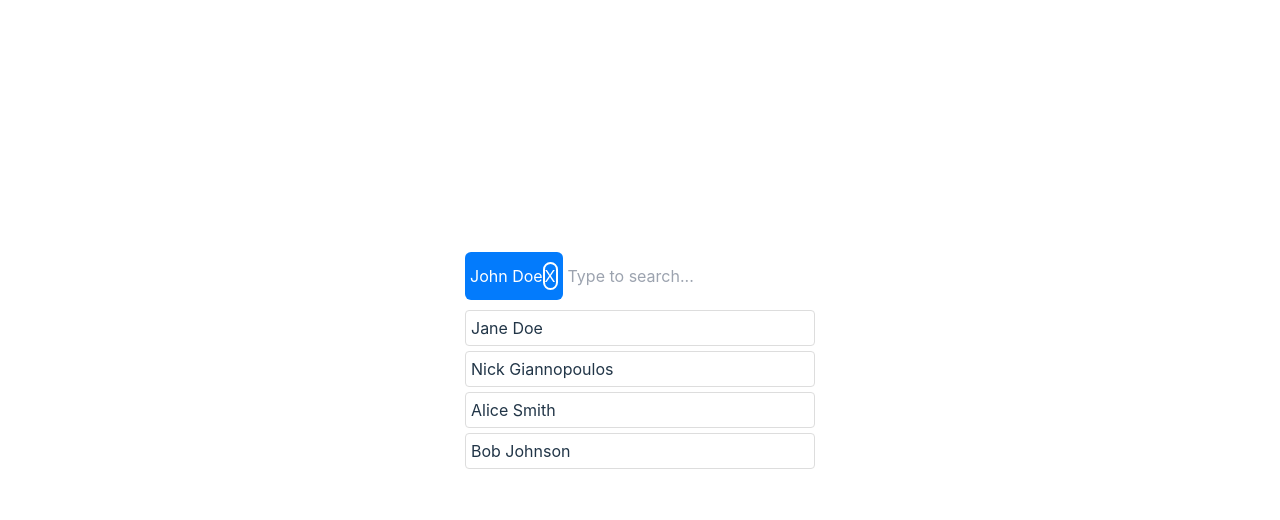
Repository: Ayansaxena24/Chip
Page: /, after clicking the first element matching `li`
The author's editor kept a copy of each file at every save. The page is drawn from the files as they stood at one save, then again after the next save.
The browser window is 1280 px wide. The pictures show the whole page.
Some web libraries are served in a nearby version. The project was rebuilt for these pictures with package versions that can differ from the ones it lists, and the page was loaded fresh each time. Also part of the build but not shown: vite.config.ts.

Above is the page before, as saved 2024-01-16 03:09:55.

### index.html
<!doctype html>
<html lang="en">
  <head>
    <meta charset="UTF-8" />
    <link rel="icon" type="image/svg+xml" href="/vite.svg" />
    <meta name="viewport" content="width=device-width, initial-scale=1.0" />
    <script src="https://cdn.tailwindcss.com"></script>    <title>Vite + React + TS</title>
  </head>
  <body>
    <div id="root"></div>
    <script type="module" src="/src/main.tsx"></script>
  </body>
</html>

### src/App.tsx
import { BrowserRouter as Router, Routes, Route } from 'react-router-dom'
import ChipInput from './chipInput'

const App = () => {
  return (
    <Router>
      <Routes>
      <Route path="/" element={<ChipInput />} />
      </Routes>
    </Router>
  )
}

export default App

### src/ChipInput.tsx
// ChipInput.tsx

import React, {
  useState,
  useRef,
  useEffect,
  KeyboardEvent,
  ChangeEvent,
} from "react";
import "./ChipInput.css"; // Import your CSS file (e.g., TailwindCss/SCSS)

interface Chip {
  id: number;
  label: string;
}

const ChipInput: React.FC = () => {
  const [inputValue, setInputValue] = useState<string>("");
  const [chips, setChips] = useState<Chip[]>([]);
  const [filteredItems, setFilteredItems] = useState<string[]>([]);
  const inputRef = useRef<HTMLInputElement>(null);

  const items = [
    "John Doe",
    "Jane Doe",
    "Nick Giannopoulos",
    "Alice Smith",
    "Bob Johnson",
  ];

  useEffect(() => {
    setFilteredItems(
      items.filter((item) => !chips.find((chip) => chip.label === item))
    );
  }, [chips]);

  const handleInputChange = (e: ChangeEvent<HTMLInputElement>) => {
    const value = e.target.value;
    setInputValue(value);

    if (value.trim() === "" && chips.length > 0) {
      highlightLastChip();
    } else {
      setFilteredItems(
        items.filter((item) => item.toLowerCase().includes(value.toLowerCase()))
      );
    }
  };

  const handleChipClick = (item: string) => {
    setChips((prevChips) => [...prevChips, { id: Date.now(), label: item }]);
    setInputValue("");
  };

  const handleChipRemove = (id: number) => {
    setChips((prevChips) => prevChips.filter((chip) => chip.id !== id));
  };

  const handleInputKeyDown = (e: KeyboardEvent<HTMLInputElement>) => {
    if (e.key === "Backspace" && inputValue === "" && chips.length > 0) {
      e.preventDefault();
      const lastChip = chips[chips.length - 1];
      handleChipRemove(lastChip.id);
    }
  };

  const highlightLastChip = () => {
    const lastChip = document.querySelector(".chip:last-child");
    if (lastChip) {
      lastChip.classList.add("highlighted");
    }
  };

  return (
    <div className="w-screen flex justify-center items-center">
      <div className="flex flex-col w-[50vh]">
        <div className="flex flex-wrap">
          {chips.map((chip) => (
            <div
              key={chip.id}
              className="bg-[#037bfc] text-white rounded-md m-[5px] px-[5px] py-[10px] cursor-pointer flex items-center"
              onClick={() => handleChipRemove(chip.id)}
            >
              {chip.label}
              <span className="border-white border-2 rounded-lg">X</span>
            </div>
          ))}
          <input
            ref={inputRef}
            type="text"
            value={inputValue}
            onChange={handleInputChange}
            onKeyDown={handleInputKeyDown}
            placeholder="Type to search..."
          />
        </div>
        <ul className="item-list">
          {filteredItems.map((item) => (
            <li key={item} onClick={() => handleChipClick(item)}>
              {item}
            </li>
          ))}
        </ul>
      </div>
    </div>
  );
};

export default ChipInput;

### src/ChipInput.css
/* ChipInput.css */

  .chip-remove {
    margin-left: 5px;
    cursor: pointer;
  }

  .highlighted {
    background-color: #ffcc00;
  }

  .item-list {
    list-style: none;
    padding: 0;
    margin: 0;
  }

  .item-list li {
    cursor: pointer;
    padding: 5px;
    margin: 5px;
    border: 1px solid #ddd;
    border-radius: 4px;
  }

  .item-list li:hover {
    background-color: #f0f0f0;
  }

Loaded but not shown: src/main.tsx (common file); src/index.css (common file)

After the next save:
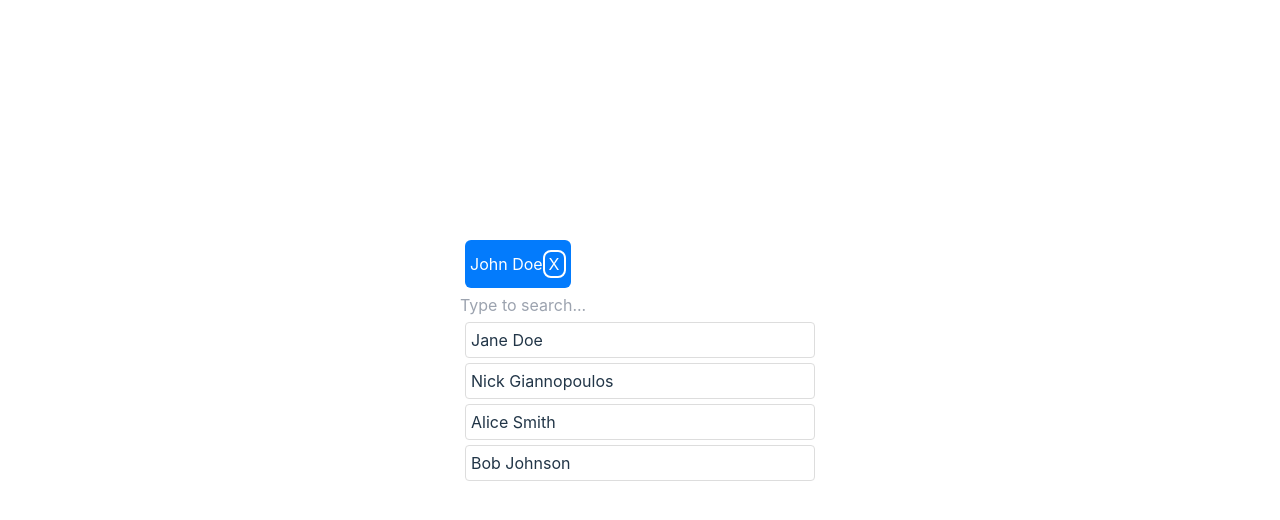
Saved 6 s later.
--- a/src/ChipInput.tsx
+++ b/src/ChipInput.tsx
@@ -82,7 +82,7 @@ const ChipInput: React.FC = () => {
               onClick={() => handleChipRemove(chip.id)}
             >
               {chip.label}
-              <span className="border-white border-2 rounded-lg">X</span>
+              <span className="border-white border-2 rounded-lg px-1">X</span>
             </div>
           ))}
           <input
